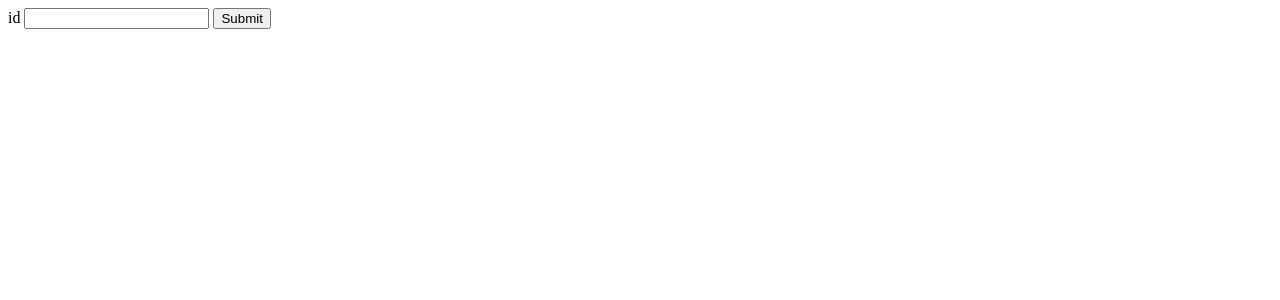
Repository: KarenViray/Training
Page: web.act1a/WebContent/index.html
An editor plug-in stored every save of this project. The page is shown before and after a run of saves, followed by the edit.
The browser window is 1280 px wide. The pictures show the whole page.

Above is the page before, as saved 2018-11-27 00:10:16.

After the next 4 saves:
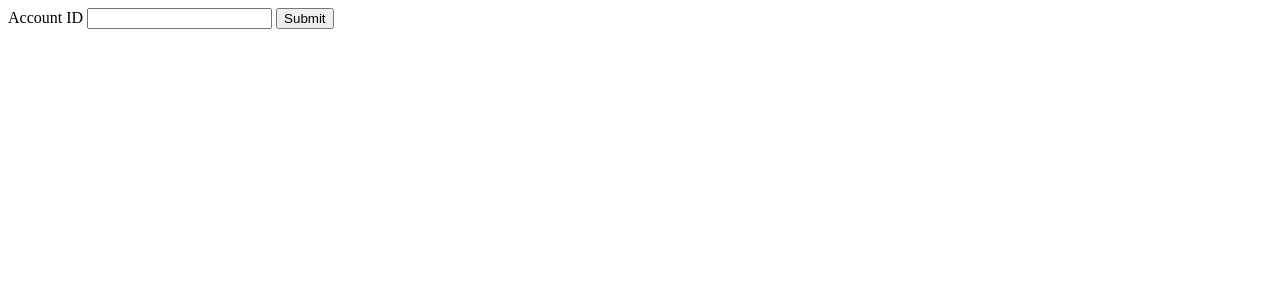
The 4 saves are shown as one change because they came seconds apart.
The last was saved 95 s later.
--- a/web.act1a/WebContent/index.html
+++ b/web.act1a/WebContent/index.html
@@ -6,8 +6,8 @@
 </head>
 <body>
  	<form action="./account-holder-trans-search" method="GET">
-        <label>id</label>
-        <input type="text" name="Account Id">
+        <label>Account ID</label>
+        <input type="text" name="id">
         <input type="submit" value="Submit">
     </form>
 </body>
